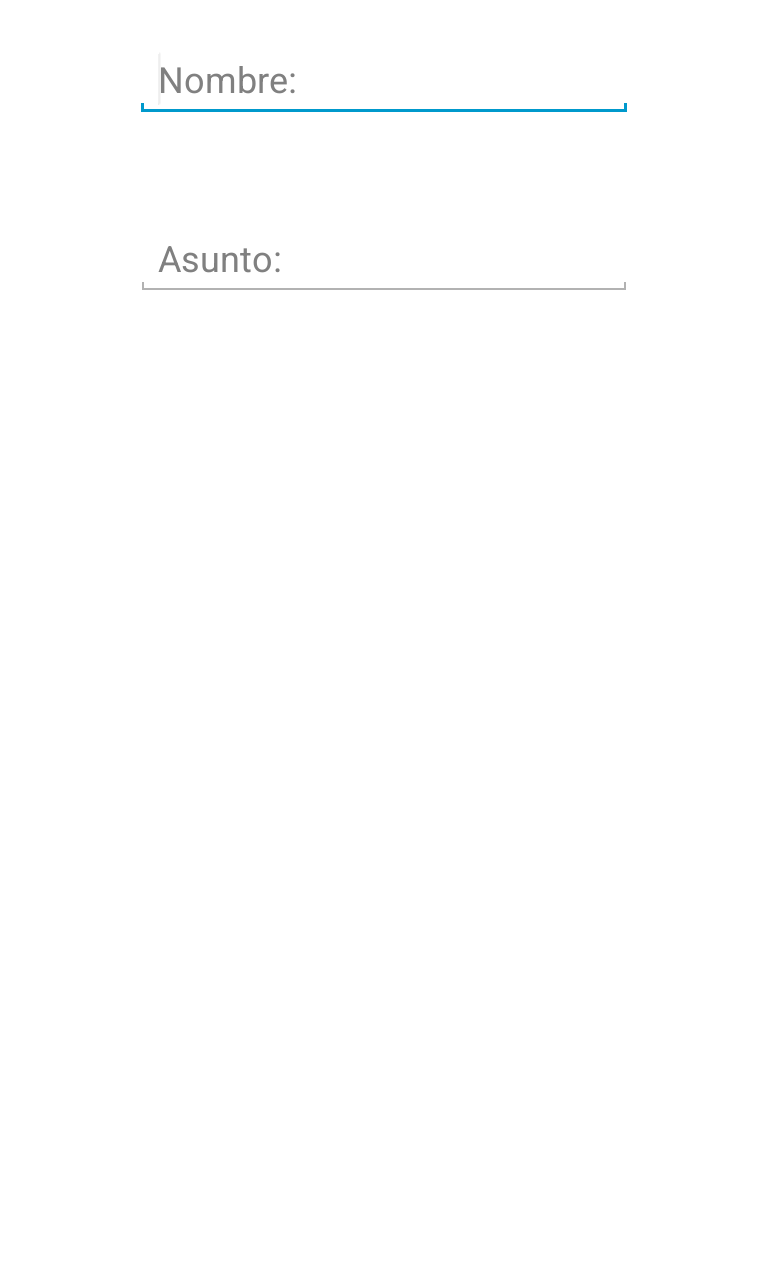
Repository: armandobs94/Dental.App
Layout: AplicacionMovil/DentalApp/Dental.App/res/layout/layout_contacto.xml
The author's editor kept a copy of each file at every save. The layout is drawn from the files as they stood at one save, then again after the next save.
It is drawn on a 768 x 1280 px phone screen (xhdpi) without system bars, with theme AppTheme; the app's code is not run.

Above is the layout before, as saved 2015-06-13 03:36:45.

After the next save:
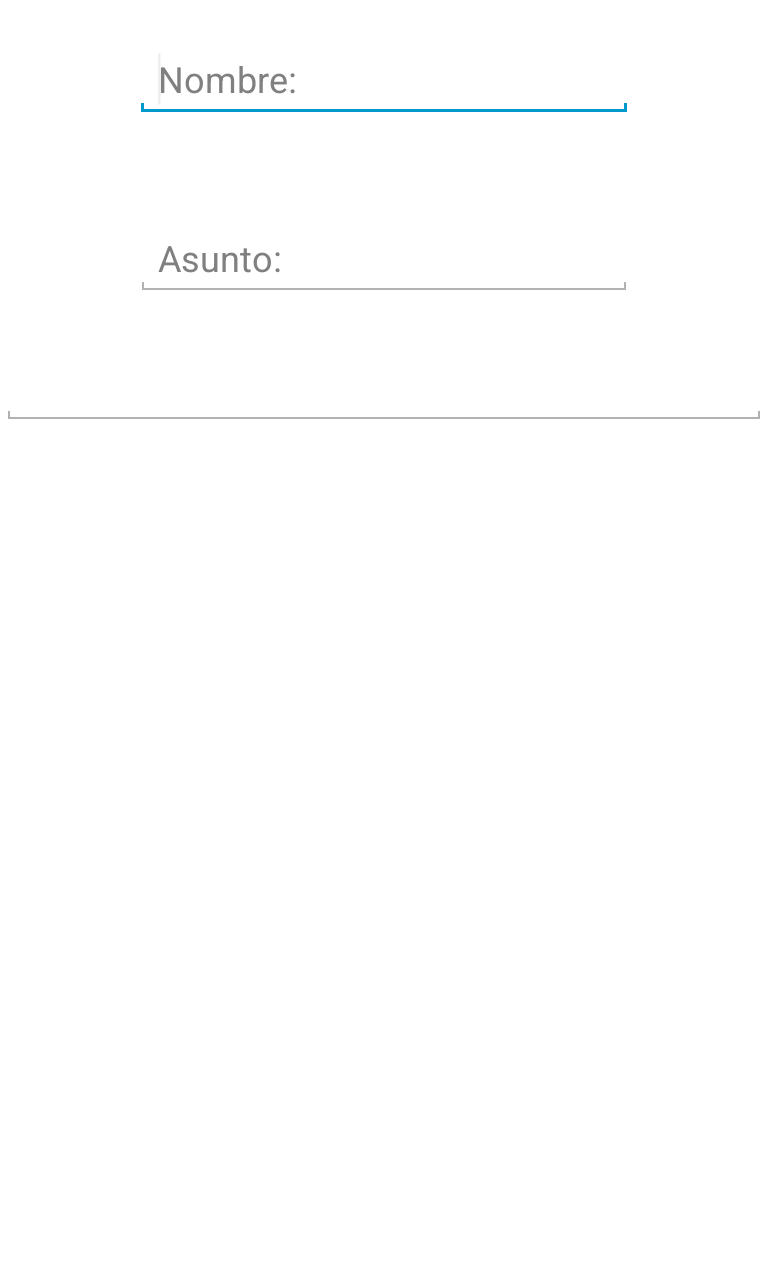
Saved 55 s later.
--- a/AplicacionMovil/DentalApp/Dental.App/res/layout/layout_contacto.xml
+++ b/AplicacionMovil/DentalApp/Dental.App/res/layout/layout_contacto.xml
@@ -38,6 +38,14 @@
                 android:layout_marginTop="50dp"
                 android:hint="@string/campoAsunto" />
 
+            <EditText
+                android:id="@+id/editText3"
+                android:layout_marginTop="25dp"
+                android:layout_width="match_parent"
+                android:layout_height="wrap_content"
+                android:ems="10"
+                android:inputType="textMultiLine" />
+
         </LinearLayout>
     </ScrollView>
 
